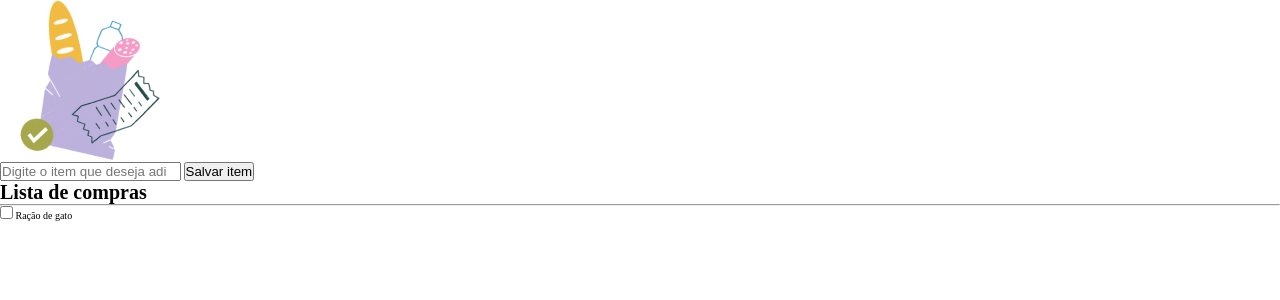
Repository: joaoPraiaJunior/compras_js
Page: index.html
These files come from the project's save history. The page is drawn as it stood at one moment and after the next save; the edit follows.
The browser window is 1280 px wide. The pictures show the whole page.
Some web fonts or font styles are not loaded; a fallback is used.

Above is the page before, as saved 2024-08-22 16:04:42.

After the next save:
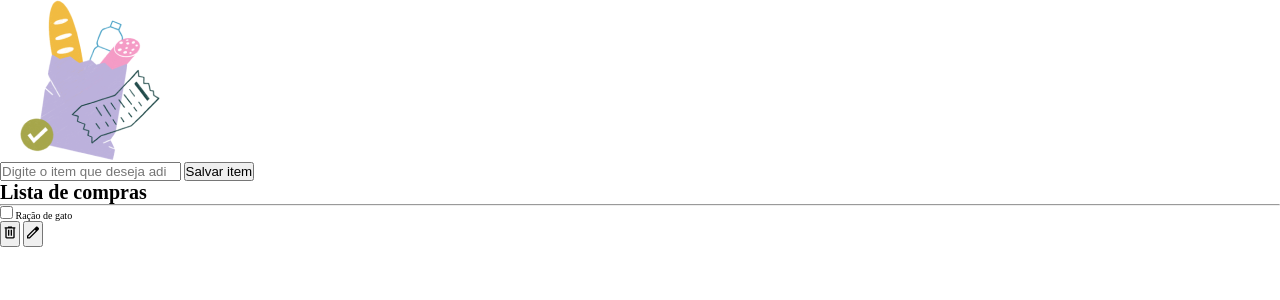
Saved 2 min 19 s later.
--- a/index.html
+++ b/index.html
@@ -27,8 +27,14 @@
         <ul>
             <li>
                 <div>
-                    <input type="checkbox" name="produto" id="racao_de_gado">
-                    <label for="racao_de_gato">Ração de gato</label>
+                    <div>
+                        <input type="checkbox" name="produto" id="racao_de_gado">
+                        <label for="racao_de_gato">Ração de gato</label>
+                    </div>
+                    <div>
+                        <button><img src="./img/delete.svg" alt="Deletar"></button>
+                        <button><img src="./img/edit.svg" alt="Editar"></button>
+                    </div>
                 </div>
             </li>
         </ul>
